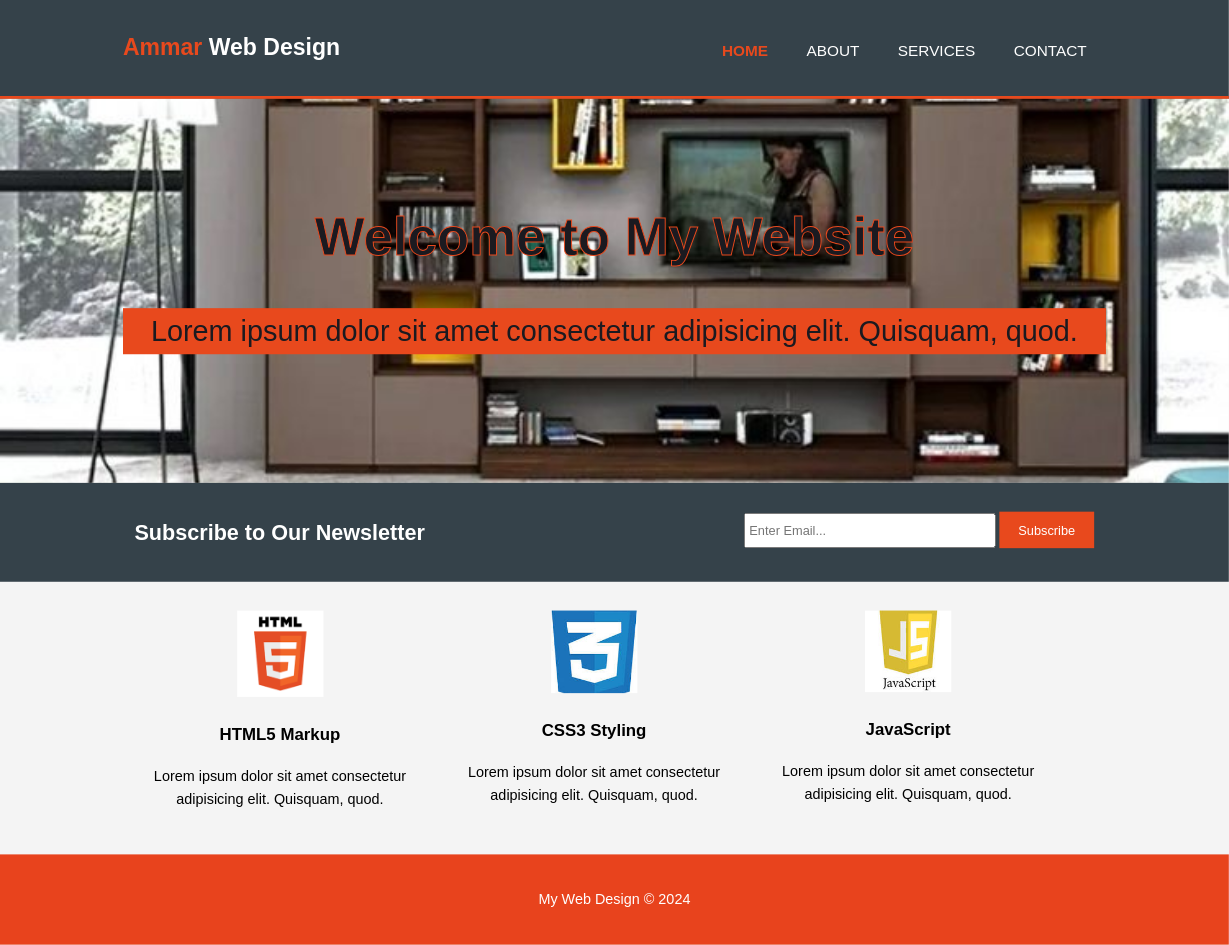
Repository: aobeid1979/html-website
Page: index.html
These files come from the project's save history. The page is drawn as it stood at one moment and after the next save; the edit follows.
The browser window is 1280 px wide. The pictures show the whole page, at 96% of full size.
The pointer rests on the first visible `#showcase p`.

Above is the page before, as saved 2024-05-03 11:59:55.

After the next save:
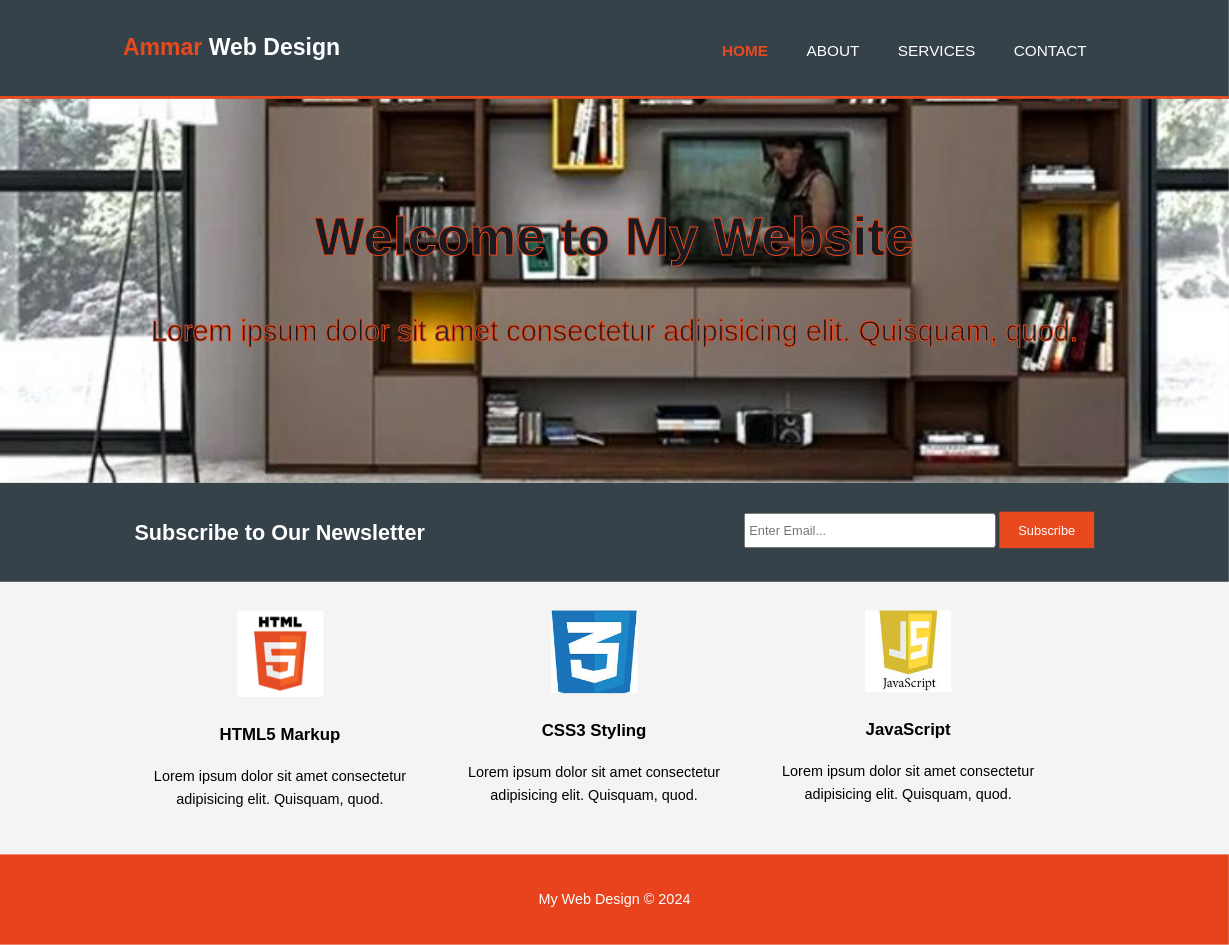
Saved 24 s later.
--- a/css/style.css
+++ b/css/style.css
@@ -90,8 +90,7 @@
 }
 
 #showcase p:hover{
-    background: #e8491d;
-    color: #ffffff;
+    -webkit-text-stroke: 1px #e8491d;
 }
 
 #newsletter{
